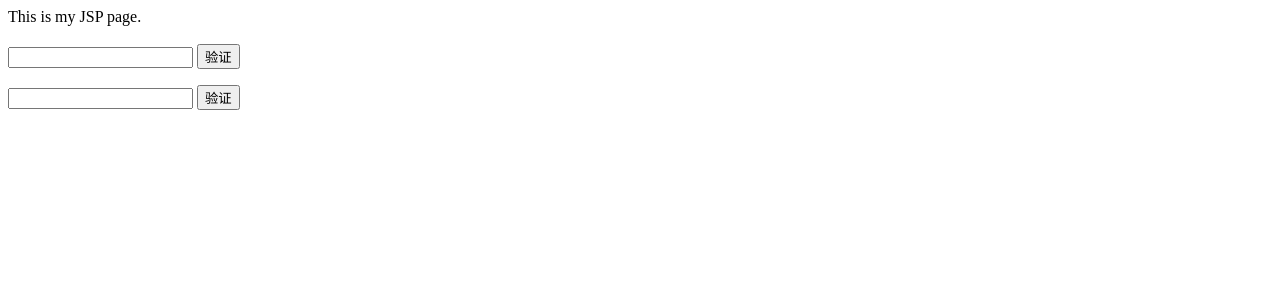
Repository: ruanhuabin/IntelliEyeShade
Page: http://localhost/IntelliEyeShade/users/users_verify.jsp
An editor plug-in stored every save of this project. The page is shown before and after the next save, followed by the edit.
The browser window is 1280 px wide. The pictures show the whole page.
The page is served by Tomcat 9. Nobody is signed in. The application's start-up code is not run. Other server files are loaded and not shown.

Above is the page before, as saved 2016-12-14 03:49:34.

### IntelliEyeShade/WebRoot/users/users_verify.jsp
<%@ page language="java" import="java.util.*" pageEncoding="utf-8"%>
<%
String path = request.getContextPath();
String basePath = request.getScheme()+"://"+request.getServerName()+":"+request.getServerPort()+path+"/";
%>

<!DOCTYPE HTML PUBLIC "-//W3C//DTD HTML 4.01 Transitional//EN">
<html>
  <head>
    <base href="<%=basePath%>">

    <title>My JSP 'upload.jsp' starting page</title>

	<meta http-equiv="pragma" content="no-cache">
	<meta http-equiv="cache-control" content="no-cache">
	<meta http-equiv="expires" content="0">
	<meta http-equiv="keywords" content="keyword1,keyword2,keyword3">
	<meta http-equiv="description" content="This is my page">
	<!--
	<link rel="stylesheet" type="text/css" href="styles.css">
	-->

  </head>

  <body>
    This is my JSP page. <br>
    <br>
  <form action="users/Users_verifyUser.action" method="post">
  <input type="text" name="phoneNum"/>
  <input type="submit" value="验证"/>
  </form>




  <form action="users/Users_uploadUserInfo.action" method="post">
  <input type="text" name="UserID"/>
  <input type="submit" value="验证"/>
  </form>


  </body>
</html>

After the next save:
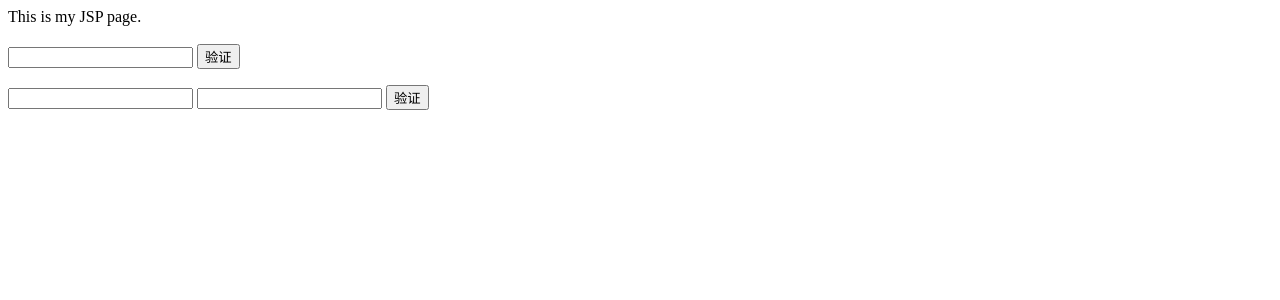
Saved 9 s later.
--- a/IntelliEyeShade/WebRoot/users/users_verify.jsp
+++ b/IntelliEyeShade/WebRoot/users/users_verify.jsp
@@ -35,6 +35,7 @@ String basePath = request.getScheme()+"://"+request.getServerName()+":"+request.
 
   <form action="users/Users_uploadUserInfo.action" method="post">
   <input type="text" name="UserID"/>
+  <input type="text" name="UserName"/>
   <input type="submit" value="验证"/>
   </form>
 
